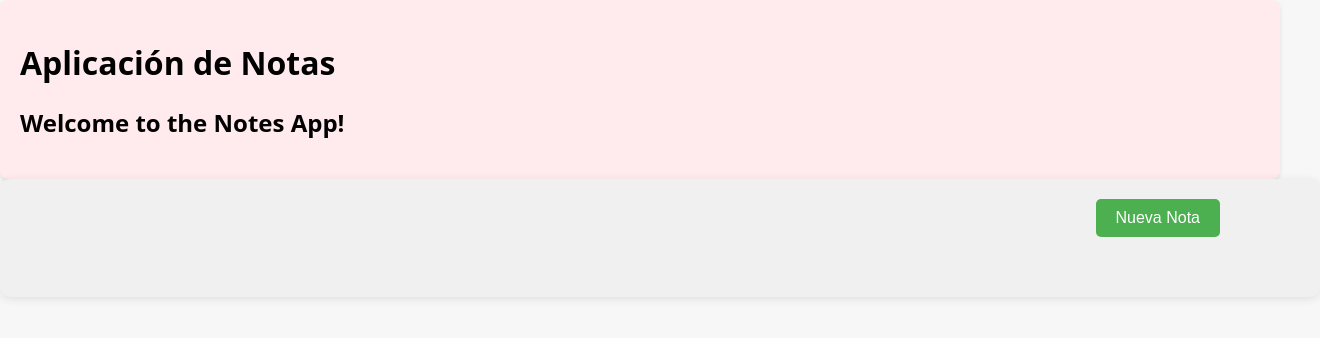
Repository: xunxuno/aplicacion_web_notas
Page: / (app in notas_web_app/)
An editor plug-in stored every save of this project. The page is shown before and after the next save, followed by the edit.
The browser window is 1280 px wide. The page is 1320 px wide, so the pictures cover 1320 px, including what lies to the right of the window. The pictures show the whole page.
The project was rebuilt for these pictures with package versions that can differ from the ones it lists, and the page was loaded fresh each time. Also part of the build but not shown: notas_web_app/vite.config.ts, notas_web_app/src/components/Note.tsx, notas_web_app/src/components/NoteCollection.tsx, notas_web_app/src/components/NoteModal.tsx.

Above is the page before, as saved 2024-10-03 11:26:44.

After the next save:
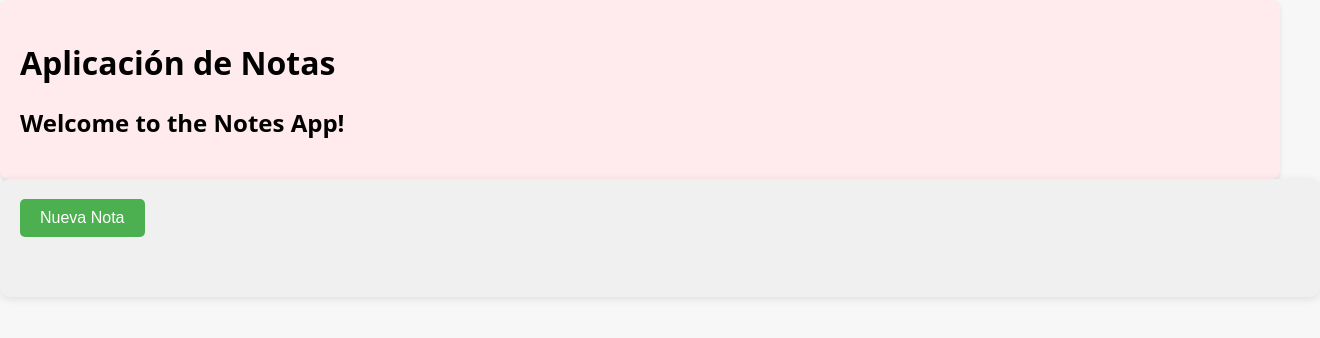
Saved 92 s later.
--- a/notas_web_app/src/styles.css
+++ b/notas_web_app/src/styles.css
@@ -6,51 +6,75 @@
     color: #000;
   }
 
+  body {
+    font-family: 'Noto Sans', sans-serif;
+    background-color: #f7f7f7;
+    margin: 0;
+    padding: 0;
+    color: #000;
+  }
 
-/* Estilo para el contenedor principal de la aplicación */
-.app-container {
-  width: 100%; /* Ancho máximo */
-  margin: 0 auto; /* Centrar el contenedor */
-  padding: 20px; /* Espaciado interno */
-  background-color: #f0f0f0; /* Color de fondo claro */
-  border-radius: 10px; /* Bordes redondeados */
-  box-shadow: 0 2px 10px rgba(0, 0, 0, 0.1); /* Sombra sutil */
-}
+  /* Estilo para el contenedor principal de la aplicación */
+  .app-container {
+    width: 100%; /* Ancho máximo */
+    margin: 0 auto; /* Centrar el contenedor */
+    padding: 20px; /* Espaciado interno */
+    background-color: #f0f0f0; /* Color de fondo claro */
+    border-radius: 10px; /* Bordes redondeados */
+    box-shadow: 0 2px 10px rgba(0, 0, 0, 0.1); /* Sombra sutil */
+  }
 
-/* Estilo para el botón de agregar nota */
-.add-note-button {
-  background-color: #4CAF50; /* Color de fondo verde */
-  color: white; /* Color del texto */
-  padding: 10px 20px; /* Espaciado interno */
-  border: none; /* Sin borde */
-  border-radius: 5px; /* Bordes redondeados */
-  cursor: pointer; /* Cambia el cursor al pasar sobre el botón */
-  margin-bottom: 20px; /* Espacio debajo del botón */
-  font-size: 16px; /* Tamaño de fuente */
-  transition: background-color 0.3s; /* Transición para el color de fondo */
-  /* Ajustes para centrar el botón */
-  margin-left: auto; /* Empuja el botón a la derecha */
-  margin-right: 60px; /* Margen a la derecha para no pegarse al borde */
-}
+  /* Estilo para el botón de agregar nota */
+  .add-note-button {
+    background-color: #4CAF50; /* Color de fondo verde */
+    color: white; /* Color del texto */
+    padding: 10px 20px; /* Espaciado interno */
+    border: none; /* Sin borde */
+    border-radius: 5px; /* Bordes redondeados */
+    cursor: pointer; /* Cambia el cursor al pasar sobre el botón */
+    margin-bottom: 20px; /* Espacio debajo del botón */
+    font-size: 16px; /* Tamaño de fuente */
+    transition: background-color 0.3s; /* Transición para el color de fondo */
+    /* Ajustes para centrar el botón */
+    margin-left: auto; /* Empuja el botón a la derecha */
+    margin-right: 60px; /* Margen a la derecha para no pegarse al borde */
+  }
 
+  /* Efecto hover para el botón de agregar nota */
+  .add-note-button:hover {
+    background-color: #45a049; /* Color de fondo más oscuro al pasar el mouse */
+  }
 
-/* Efecto hover para el botón de agregar nota */
-.add-note-button:hover {
-  background-color: #45a049; /* Color de fondo más oscuro al pasar el mouse */
-}
+  /* Estilo para el contenedor de colecciones */
+  .collections-container {
+    width: 100%;
+    display: flex; /* Usar flexbox para una mejor organización */
+    flex-direction: column; /* Organizar en columnas */
+    margin-top: 20px;
+  }
 
-/* Estilo para el contenedor de colecciones */
-.collections-container {
-  width: 100%;
-  display: flex; /* Usar flexbox para una mejor organización */
-  flex-direction: column; /* Organizar en columnas */
-  margin-top: 20px;
-}
+  /* Estilo para cada nota */
+  .note {
+    margin: 10px; /* Espacio alrededor de cada nota */
+    padding: 15px; /* Espaciado interno */
+    border: 1px solid #ccc; /* Color de borde gris claro */
+    border-radius: 5px; /* Bordes redondeados */
+    background-color: #fff; /* Color de fondo blanco */
+    width: 250px; /* Ancho para que se asemeje a una nota en la vida real */
+    height: 150px; /* Altura fija para la nota */
+    box-shadow: 0 2px 5px rgba(0, 0, 0, 0.1); /* Sombra ligera */
+    display: flex; /* Flexbox para permitir contenido interno */
+    flex-direction: column; /* Organizar el contenido en columnas */
+    justify-content: space-between; /* Espaciado entre elementos internos */
+  }
 
-.button-container {
-  display: flex; /* Usar flexbox para alinear los elementos */
-  justify-content: flex-end; /* Alinear los elementos al final (derecha) */
-  margin-bottom: 20px; /* Margen inferior para separar del siguiente elemento */
-  padding: 0 20px; /* Espaciado interno a la izquierda y derecha */
-  /* Esto asegura que el botón no se salga del borde */
-}
+  /* Estilo para el título de la nota */
+  .note-title {
+    font-weight: bold; /* Hacer el título más grueso */
+    margin-bottom: 10px; /* Espacio debajo del título */
+  }
+
+  /* Estilo para el contenido de la nota */
+  .note-content {
+    flex-grow: 1; /* Permitir que el contenido ocupe el espacio disponible */
+  }

After the save that followed:
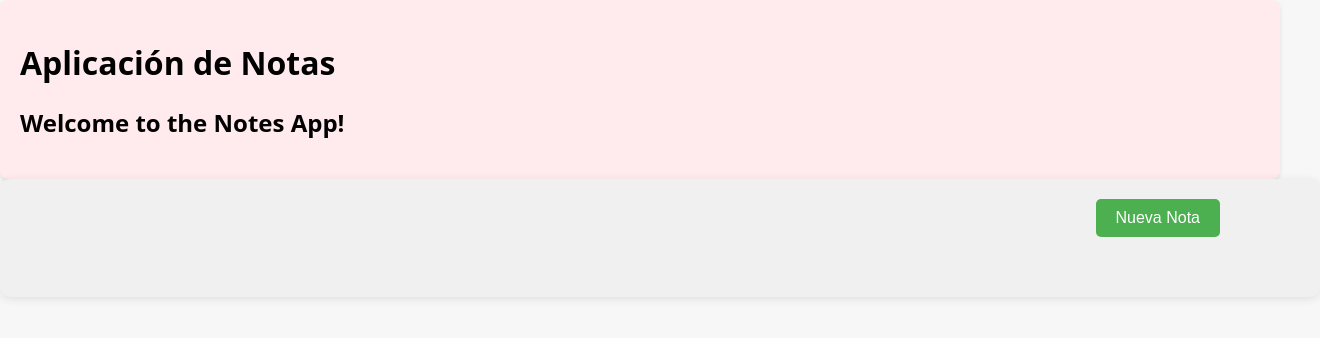
Saved 31 s later.
--- a/notas_web_app/src/styles.css
+++ b/notas_web_app/src/styles.css
@@ -6,75 +6,51 @@
     color: #000;
   }
 
-  body {
-    font-family: 'Noto Sans', sans-serif;
-    background-color: #f7f7f7;
-    margin: 0;
-    padding: 0;
-    color: #000;
-  }
 
-  /* Estilo para el contenedor principal de la aplicación */
-  .app-container {
-    width: 100%; /* Ancho máximo */
-    margin: 0 auto; /* Centrar el contenedor */
-    padding: 20px; /* Espaciado interno */
-    background-color: #f0f0f0; /* Color de fondo claro */
-    border-radius: 10px; /* Bordes redondeados */
-    box-shadow: 0 2px 10px rgba(0, 0, 0, 0.1); /* Sombra sutil */
-  }
+/* Estilo para el contenedor principal de la aplicación */
+.app-container {
+  width: 100%; /* Ancho máximo */
+  margin: 0 auto; /* Centrar el contenedor */
+  padding: 20px; /* Espaciado interno */
+  background-color: #f0f0f0; /* Color de fondo claro */
+  border-radius: 10px; /* Bordes redondeados */
+  box-shadow: 0 2px 10px rgba(0, 0, 0, 0.1); /* Sombra sutil */
+}
 
-  /* Estilo para el botón de agregar nota */
-  .add-note-button {
-    background-color: #4CAF50; /* Color de fondo verde */
-    color: white; /* Color del texto */
-    padding: 10px 20px; /* Espaciado interno */
-    border: none; /* Sin borde */
-    border-radius: 5px; /* Bordes redondeados */
-    cursor: pointer; /* Cambia el cursor al pasar sobre el botón */
-    margin-bottom: 20px; /* Espacio debajo del botón */
-    font-size: 16px; /* Tamaño de fuente */
-    transition: background-color 0.3s; /* Transición para el color de fondo */
-    /* Ajustes para centrar el botón */
-    margin-left: auto; /* Empuja el botón a la derecha */
-    margin-right: 60px; /* Margen a la derecha para no pegarse al borde */
-  }
+/* Estilo para el botón de agregar nota */
+.add-note-button {
+  background-color: #4CAF50; /* Color de fondo verde */
+  color: white; /* Color del texto */
+  padding: 10px 20px; /* Espaciado interno */
+  border: none; /* Sin borde */
+  border-radius: 5px; /* Bordes redondeados */
+  cursor: pointer; /* Cambia el cursor al pasar sobre el botón */
+  margin-bottom: 20px; /* Espacio debajo del botón */
+  font-size: 16px; /* Tamaño de fuente */
+  transition: background-color 0.3s; /* Transición para el color de fondo */
+  /* Ajustes para centrar el botón */
+  margin-left: auto; /* Empuja el botón a la derecha */
+  margin-right: 60px; /* Margen a la derecha para no pegarse al borde */
+}
 
-  /* Efecto hover para el botón de agregar nota */
-  .add-note-button:hover {
-    background-color: #45a049; /* Color de fondo más oscuro al pasar el mouse */
-  }
 
-  /* Estilo para el contenedor de colecciones */
-  .collections-container {
-    width: 100%;
-    display: flex; /* Usar flexbox para una mejor organización */
-    flex-direction: column; /* Organizar en columnas */
-    margin-top: 20px;
-  }
+/* Efecto hover para el botón de agregar nota */
+.add-note-button:hover {
+  background-color: #45a049; /* Color de fondo más oscuro al pasar el mouse */
+}
 
-  /* Estilo para cada nota */
-  .note {
-    margin: 10px; /* Espacio alrededor de cada nota */
-    padding: 15px; /* Espaciado interno */
-    border: 1px solid #ccc; /* Color de borde gris claro */
-    border-radius: 5px; /* Bordes redondeados */
-    background-color: #fff; /* Color de fondo blanco */
-    width: 250px; /* Ancho para que se asemeje a una nota en la vida real */
-    height: 150px; /* Altura fija para la nota */
-    box-shadow: 0 2px 5px rgba(0, 0, 0, 0.1); /* Sombra ligera */
-    display: flex; /* Flexbox para permitir contenido interno */
-    flex-direction: column; /* Organizar el contenido en columnas */
-    justify-content: space-between; /* Espaciado entre elementos internos */
-  }
+/* Estilo para el contenedor de colecciones */
+.collections-container {
+  width: 100%;
+  display: flex; /* Usar flexbox para una mejor organización */
+  flex-direction: column; /* Organizar en columnas */
+  margin-top: 20px;
+}
 
-  /* Estilo para el título de la nota */
-  .note-title {
-    font-weight: bold; /* Hacer el título más grueso */
-    margin-bottom: 10px; /* Espacio debajo del título */
-  }
-
-  /* Estilo para el contenido de la nota */
-  .note-content {
-    flex-grow: 1; /* Permitir que el contenido ocupe el espacio disponible */
-  }
+.button-container {
+  display: flex; /* Usar flexbox para alinear los elementos */
+  justify-content: flex-end; /* Alinear los elementos al final (derecha) */
+  margin-bottom: 20px; /* Margen inferior para separar del siguiente elemento */
+  padding: 0 20px; /* Espaciado interno a la izquierda y derecha */
+  /* Esto asegura que el botón no se salga del borde */
+}
